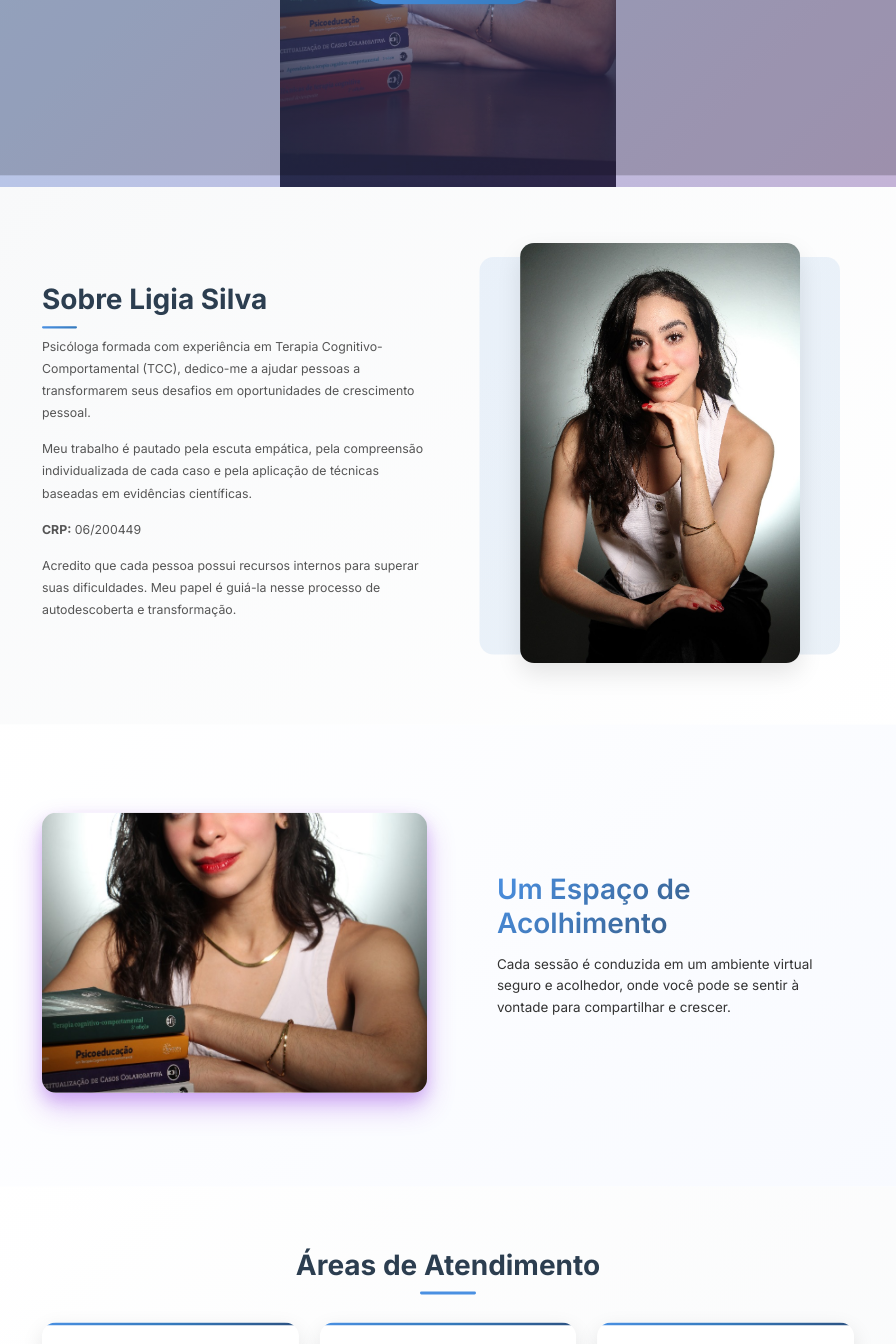
Repository: MichelAlmeida1990/Projeto-Psicologa
Page: index.html
An editor plug-in stored every save of this project. The page is shown before and after the next save, followed by the edit.
The browser window is 1280 px wide. The pictures show the part of the page from y = 453 to 2373 px (the page is 6571 px tall before and 5911 px after), at 70% of full size.

Above is the page before, as saved 2025-07-15 15:26:36.

After the next save:
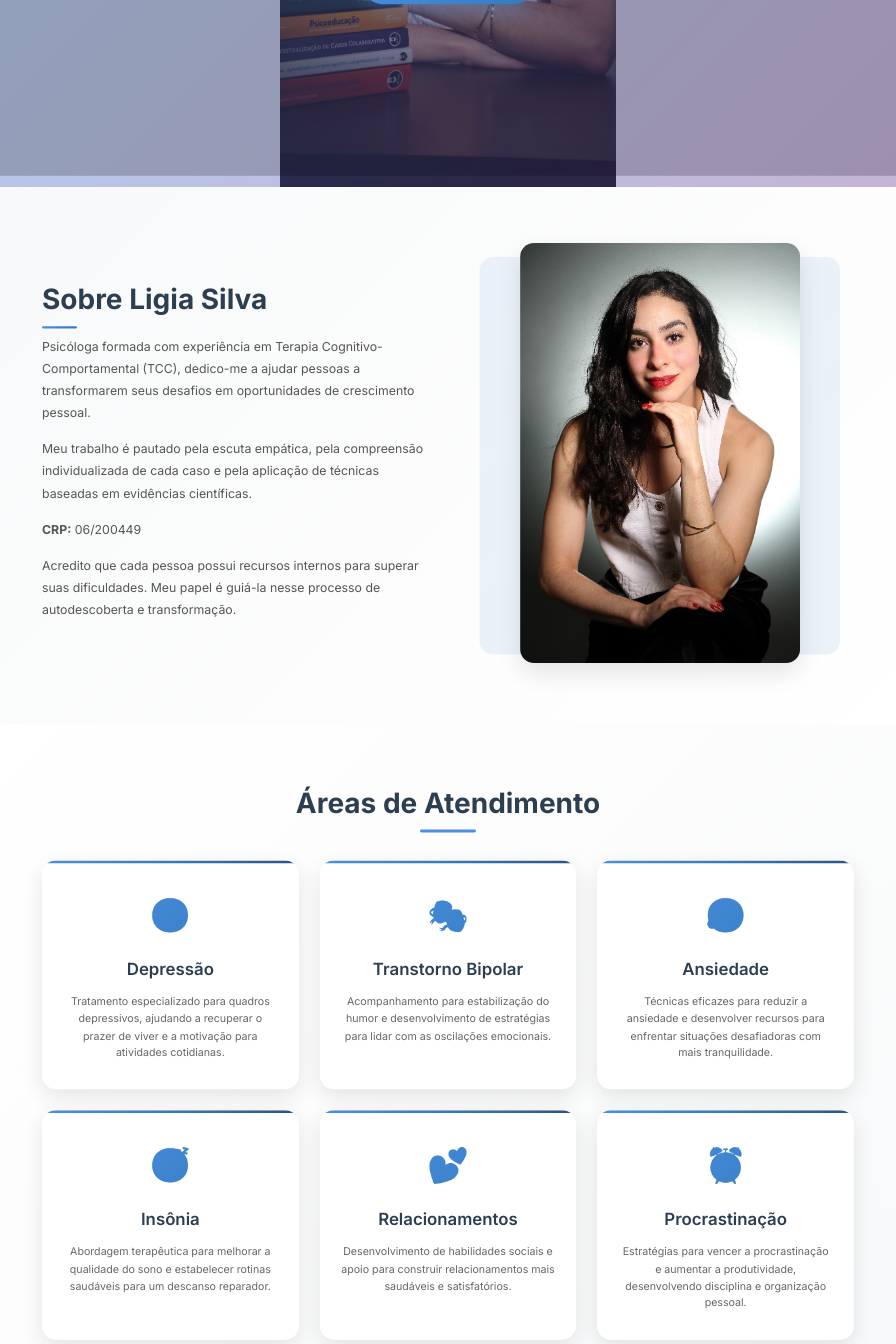
Saved 7 min 35 s later.
--- a/index.html
+++ b/index.html
@@ -62,21 +62,6 @@
                 </div>
                 <div class="about-photo">
                     <img src="assets/image/WhatsApp Image 2025-07-14 at 19.04.00.jpeg" alt="Psicóloga Ligia Silva">
-                </div>
-            </div>
-        </div>
-    </section>
-
-    <!-- Visual Section -->
-    <section class="visual-section">
-        <div class="container">
-            <div class="visual-content">
-                <div class="visual-image">
-                    <img src="assets/image/fundo.jpeg" alt="Ambiente terapêutico sereno" class="featured-image">
-                </div>
-                <div class="visual-text">
-                    <h2>Um Espaço de Acolhimento</h2>
-                    <p>Cada sessão é conduzida em um ambiente virtual seguro e acolhedor, onde você pode se sentir à vontade para compartilhar e crescer.</p>
                 </div>
             </div>
         </div>
